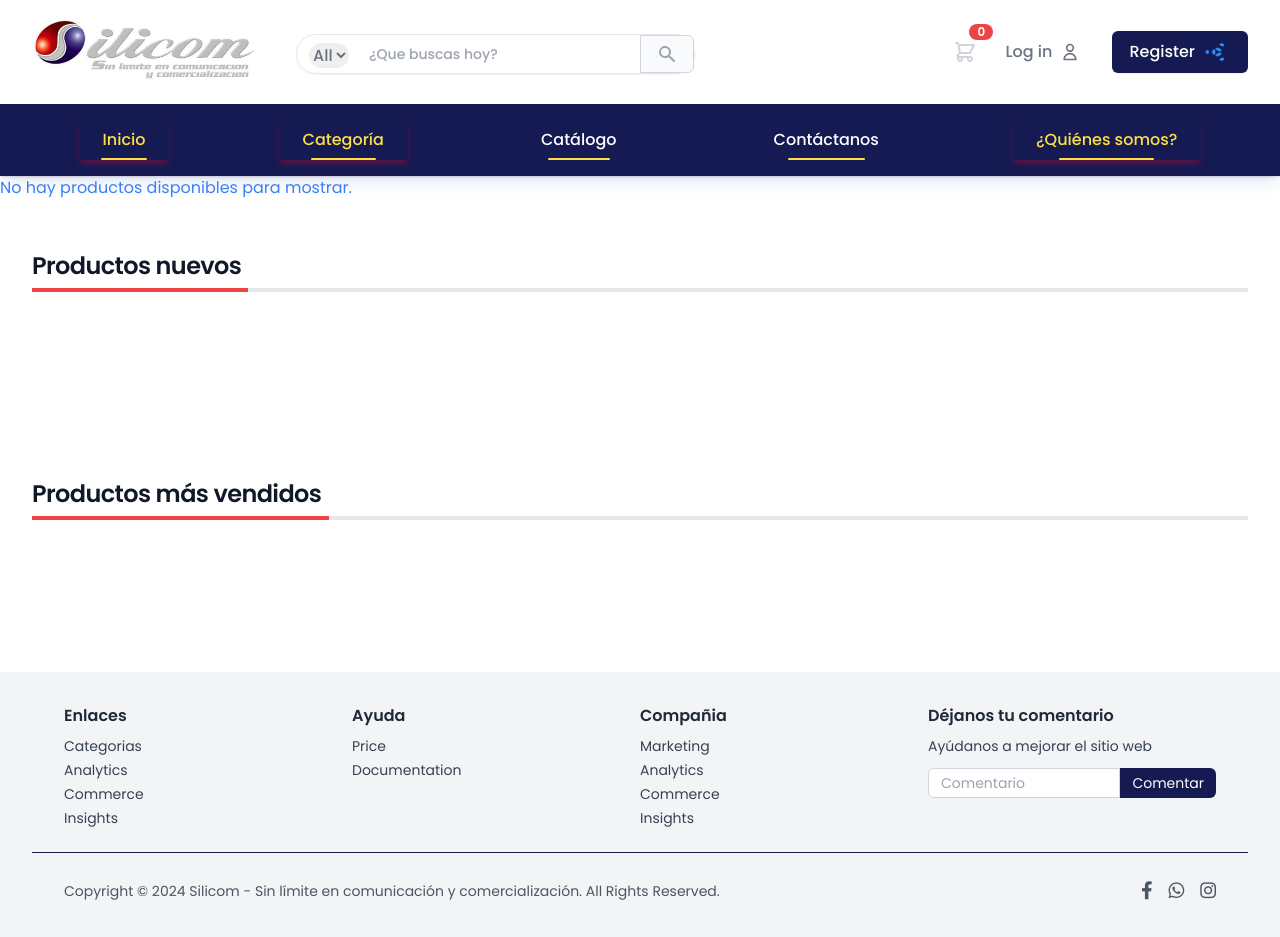
Repository: Francovg18/ecommerce
Page: /checkout
The author's editor kept a copy of each file at every save. The page is drawn from the files as they stood at one save, then again after the next save.
The browser window is 1280 px wide. The pictures show the whole page.
The page's requests for data from a server got no answer. The project was rebuilt for these pictures with package versions that can differ from the ones it lists, and the page was loaded fresh each time. No one was signed in, and anything a server would have sent is missing. Also part of the build but not shown: src/contenedores/errors/Error404.jsx, src/contenedores/auth/Signup.js, src/contenedores/auth/Login.js, src/contenedores/auth/Activate.js, src/contenedores/auth/ResetPassword.js, src/contenedores/auth/ResetPasswordConfirm.js, src/componentes/product/ProductCard.js, src/helpers/fixedPrices.js and 22 more.

Above is the page before, as saved 2025-01-18 00:15:11.

### public/index.html
<!DOCTYPE html>
<html lang="en">
  <head>
    <meta charset="utf-8" />
    <link rel="icon" href="%PUBLIC_URL%/favicon.ico" />
    <meta name="viewport" content="width=device-width, initial-scale=1" />
    <meta name="theme-color" content="#000000" />
    <meta name="description" content="Web site created using create-react-app" />
    <link rel="apple-touch-icon" href="%PUBLIC_URL%/logo192.png" />
    <link href="https://fonts.googleapis.com/css2?family=Poppins:wght@400;500;600&display=swap" rel="stylesheet">
    <link
  rel="stylesheet"
  href="https://cdnjs.cloudflare.com/ajax/libs/font-awesome/6.0.0-beta3/css/all.min.css"
/>

    <!--
      manifest.json provides metadata used when your web app is installed on a
      user's mobile device or desktop. See https://developers.google.com/web/fundamentals/web-app-manifest/
    -->
    <link rel="manifest" href="%PUBLIC_URL%/manifest.json" />
    <!--
      Notice the use of %PUBLIC_URL% in the tags above.
      It will be replaced with the URL of the `public` folder during the build.
      Only files inside the `public` folder can be referenced from the HTML.

      Unlike "/favicon.ico" or "favicon.ico", "%PUBLIC_URL%/favicon.ico" will
      work correctly both with client-side routing and a non-root public URL.
      Learn how to configure a non-root public URL by running `npm run build`.
    -->
    <title>React App</title>
  </head>
  <body>
    <noscript>You need to enable JavaScript to run this app.</noscript>
    <div id="root"></div>
    <!--
      This HTML file is a template.
      If you open it directly in the browser, you will see an empty page.

      You can add webfonts, meta tags, or analytics to this file.
      The build step will place the bundled scripts into the <body> tag.

      To begin the development, run `npm start` or `yarn start`.
      To create a production bundle, use `npm run build` or `yarn build`.
    -->
  </body>
</html>

### src/contenedores/Home.jsx
import Layout from "../hocs/Layout";
import { connect } from "react-redux";
import {
    get_products_by_arrival,
    get_products_by_sold,
    get_products_for_showcase // Nueva acción
} from '../redux/actions/products';
import { useEffect } from "react";
import Banner from "../componentes/home/Banner";
import ProductsArrival from "../componentes/home/ProductsArrival";
import ProductsSold from "../componentes/home/ProductsSold";

const Home = ({
    get_products_by_arrival,
    get_products_by_sold,
    get_products_for_showcase,
    products_arrival,
    products_sold,
    products_showcase
}) => {

    useEffect(() => {
        window.scrollTo(0, 0);

        get_products_by_arrival();
        get_products_by_sold();
        get_products_for_showcase();
    }, []);

    return (
        <Layout>
            <div className="text-blue-500">
                <Banner data={products_showcase} />
                <ProductsArrival data={products_arrival} />
                <ProductsSold data={products_sold} />
            </div>
        </Layout>
    );
};

const mapStateToProps = state => ({
    products_arrival: state.Products.products_arrival,
    products_sold: state.Products.products_sold,
    products_showcase: state.Products.products_showcase
});

export default connect(mapStateToProps, {
    get_products_by_arrival,
    get_products_by_sold,
    get_products_for_showcase
})(Home);

### src/componentes/navegacion/Navbar.js
import { Fragment, useEffect, useState } from 'react'
import { Menu, Popover, Transition } from '@headlessui/react'
import logoGif from '../../assets/img/gif4.webp'
import logo from '../../assets/img/logoP.jpg'
import { Link, Navigate, NavLink } from 'react-router-dom'
import Alert from '../../componentes/alert'
import logoMini from '../../assets/img/logoMini.jpg'
import { MenuIcon, XIcon, ShoppingCartIcon, UserIcon } from '@heroicons/react/outline'
import { connect } from 'react-redux'
import { logout } from '../../redux/actions/auth'
import { get_categories } from '../../redux/actions/categories'
import { get_search_products } from '../../redux/actions/products'
import SearchBox from './SearchBox'

function classNames(...classes) {
  return classes.filter(Boolean).join(' ')
}

function Navbar({
  isAuthenticated,
  user,
  logout,
  get_categories,
  categories,
  get_search_products,
  total_items
}) {

  const [redirect, setRedirect] = useState(false);
  const [render, setRender] = useState(false);
  const [formData, setFormData] = useState({
    category_id: 0,
    search: ''
  });
  const { category_id, search } = formData;
  useEffect(()=>{
    get_categories()
  }, [])

  const onChange = e => setFormData({ ...formData, [e.target.name]: e.target.value });
  const onSubmit = e => {
    e.preventDefault();
    get_search_products(search, category_id);
    setRender(!render);
  }

  if(render){
    return <Navigate to='/search' />
  }

  const logoutHandler = () => {
    logout()
    setRedirect(true);
  }

  if(redirect){
    window.location.reload(false);
    return <Navigate to='/' />
  }

  const authLinks = (
    <Menu as="div" className="relative inline-block text-left">
      <div>
        <Menu.Button className="inline-flex justify-center w-full rounded-full  text-sm font-medium text-gray-700 focus:outline-none focus:ring-2 focus:ring-offset-2 focus:ring-offset-gray-100 focus:ring-indigo-500 ml-3">
          <span className="inline-block h-10 w-10 rounded-full overflow-hidden bg-gray-100">
            <svg className="h-full w-full text-gray-300" fill="currentColor" viewBox="0 0 24 24">
              <path d="M24 20.993V24H0v-2.996A14.977 14.977 0 0112.004 15c4.904 0 9.26 2.354 11.996 5.993zM16.002 8.999a4 4 0 11-8 0 4 4 0 018 0z" />
            </svg>
          </span>
        </Menu.Button>
      </div>

      <Transition
        as={Fragment}
        enter="transition ease-out duration-100"
        enterFrom="transform opacity-0 scale-95"
        enterTo="transform opacity-100 scale-100"
        leave="transition ease-in duration-75"
        leaveFrom="transform opacity-100 scale-100"
        leaveTo="transform opacity-0 scale-95"
      >
        <Menu.Items className="origin-top-right absolute right-0 mt-2 w-56 rounded-md shadow-lg bg-white ring-1 ring-black ring-opacity-5 focus:outline-none">
          <div className="py-1">
            <Menu.Item>
              {({ active }) => (
                <Link
                  to="/dashboard"
                  className={classNames(
                    active ? 'bg-gray-100 text-gray-900' : 'text-gray-700',
                    'block px-4 py-2 text-sm'
                  )}
                >
                  Info
                </Link>
              )}
            </Menu.Item>


            <form method="POST" action="#">
              <Menu.Item>
                {({ active }) => (
                  <button
                    onClick={logoutHandler}
                    className={classNames(
                      active ? 'bg-gray-100 text-gray-900' : 'text-gray-700',
                      'block w-full text-left px-4 py-2 text-sm'
                    )}
                  >
                    Salir
                  </button>
                )}
              </Menu.Item>
            </form>
          </div>
        </Menu.Items>
      </Transition>
    </Menu>
  )
  const guestLinks = (
    <Fragment>
    <div className="hidden md:flex items-center md:ml-7">
    <Link to="/login" className="text-base font-medium text-gray-500 hover:text-gray-900 flex items-center">
      Log in
      <UserIcon className="h-5 w-5 ml-2" aria-hidden="true" />
    </Link>
      <Link
        to="/signup"
        className="ml-8 inline-flex items-center justify-center px-4 py-2 border border-transparent rounded-md shadow-sm text-base font-medium text-white bg-midnight-blue hover:bg-purple-night"
      >
        Register
        <img
          src={logoGif}
          alt="Cargando"
          className="w-7 h-6 mt-0.3 ml-2"
        />
      </Link>
    </div>

    </Fragment>
  )
  return (
    <>
    <Popover className="relative bg-white ">
      <div className="absolute inset-0 shadow z-30 pointer-events-none " aria-hidden="true" />
      <div className="relative z-20">
        <div className="max-w-7xl mx-auto flex justify-between items-center px-4 py-5 sm:px-6 sm:py-3 lg:px-8 md:justify-start md:space-x-10">
          <div>
          <Link to="/" className="flex">
            <img
              className="h-auto w-32 sm:w-40 md:w-48 lg:w-56"
              src={logo}
              alt="Logo"
            />
          </Link>

          </div>
          {/* Contenedor para pantallas pequeñas */}
          <div className="-mr-2 -my-2 md:hidden">
          <div className="">
            {window.location.pathname === '/search' ? null : (
              <SearchBox
                search={search}
                onChange={onChange}
                onSubmit={onSubmit}
                categories={categories}
              />
            )}
          </div>
          <Link to='/cart' className="bg-white rounded-md p-2 inline-flex items-center justify-center text-gray-400 hover:text-gray-500 hover:bg-gray-100 focus:outline-none focus:ring-2 focus:ring-inset focus:ring-indigo-500">
              <span className="sr-only">Open menu</span>
              <ShoppingCartIcon className="h-6 w-6" aria-hidden="true" />
          </Link>

            <Popover.Button className="bg-white rounded-md p-2 inline-flex items-center justify-center text-gray-400 hover:text-gray-500 hover:bg-gray-100 focus:outline-none focus:ring-2 focus:ring-inset focus:ring-indigo-500">
              <span className="sr-only">Open menu</span>
              <MenuIcon className="h-6 w-6" aria-hidden="true" />
            </Popover.Button>
          </div>
    {/* Contenedor para pantallas medianas o grandes */}
    <div className="hidden md:flex-1 md:flex md:items-center md:justify-between">
      <Popover.Group as="nav" className="flex space-x-10">
        {window.location.pathname === '/search' ? null : (
          <div className="flex flex-1 justify-center">
            <SearchBox
              search={search}
              onChange={onChange}
              onSubmit={onSubmit}
              categories={categories}
            />
          </div>
        )}
      </Popover.Group>
      <div className="flex items-center md:ml-12">
        <div className="flex items-center md:ml-12">
          <Link to="/cart">
              <ShoppingCartIcon className="h-6 w-6 cursor-pointer text-gray-300 "/>
              <span className="text-xs absolute top-3 mt-3 ml-4 bg-red-500 text-white font-semibold rounded-full px-2 text-center">{total_items}</span>
          </Link>
        </div>
        {isAuthenticated ? authLinks:guestLinks}
      </div>
    </div>

      </div>
      <div className="hidden md:flex bg-midnight-blue text-white py-4 px-6 justify-around items-center shadow-lg shadow-blue-800/10">
  {[
    { to: "/", label: "Inicio" },
    { to: "/", label: "Categoría" },
    { to: "/shop", label: "Catálogo" },
    { to: "/contactus", label: "Contáctanos" },
    { to: "/", label: "¿Quiénes somos?" },
  ].map((item, index) => (
    <NavLink
      key={index}
      to={item.to}
      className={({ isActive }) =>
        `relative text-base font-medium transition-all duration-300 ease-in-out px-6 py-2 group
         ${isActive ? "bg-midnight-blue shadow-md shadow-royal-purple/100 text-yellow-300" : "hover:bg-purple-night/70 hover:text-crimson-red"}`
      }
    >
      <span>{item.label}</span>
      <span
        className="absolute bottom-0 left-1/4 w-1/2 h-[2px] bg-yellow-300 rounded-full
                   transition-all duration-300 ease-in-out group-hover:w-3/4"
      ></span>
    </NavLink>
  ))}
</div>



      </div>

      <Transition
        as={Fragment}
        enter="duration-200 ease-out"
        enterFrom="opacity-0 scale-95"
        enterTo="opacity-100 scale-100"
        leave="duration-100 ease-in"
        leaveFrom="opacity-100 scale-100"
        leaveTo="opacity-0 scale-95"
      >
        <Popover.Panel
          focus
          className="absolute z-30 top-0 inset-x-0 p-2 transition transform origin-top-right md:hidden"
        >
          <div className="rounded-lg shadow-lg ring-1 ring-black ring-opacity-5 bg-midnight-blue text-white divide-y-2 divide-gray-50">
            <div className="pt-5 pb-6 px-5 sm:pb-8">
              <div className="flex items-center justify-between">
                <div>
                  <img className="h-8 w-auto" src={logoMini} alt="Workflow" />
                </div>
                <div className="-mr-2">
                  <Popover.Button className="bg-midnight-blue rounded-md p-2 inline-flex items-center justify-center text-gray-400 hover:text-gray-300 focus:outline-none focus:ring-2 focus:ring-inset focus:ring-purple-night">
                    <span className="sr-only">Cerrar menú</span>
                    <XIcon className="h-6 w-6" aria-hidden="true" />
                  </Popover.Button>
                </div>
              </div>
              <div className="mt-6 sm:mt-8">
                <nav>
                  <div className="grid gap-7 sm:grid-cols-2 sm:gap-y-8 sm:gap-x-4">
                    <NavLink
                      to="/"
                      className="-m-3 flex items-center p-3 rounded-lg hover:bg-midnight-blue"
                    >
                      <div className="ml-4 text-base font-medium text-white">
                        Inicio
                      </div>
                    </NavLink>
                    <NavLink
                      to="/shop"
                      className="-m-3 flex items-center p-3 rounded-lg hover:bg-midnight-blue"
                    >
                      <div className="ml-4 text-base font-medium text-white">
                        Categoria
                      </div>
                    </NavLink>
                    <NavLink
                      to="/shop"
                      className="-m-3 flex items-center p-3 rounded-lg hover:bg-midnight-blue"
                    >
                      <div className="ml-4 text-base font-medium text-white">
                        Catálogo
                      </div>
                    </NavLink>

                    <NavLink
                      to="/"
                      className="-m-3 flex items-center p-3 rounded-lg hover:bg-midnight-blue"
                    >
                      <div className="ml-4 text-base font-medium text-white">
                        Contáctanos
                      </div>
                    </NavLink>

                    <NavLink
                      to="/"
                      className="-m-3 flex items-center p-3 rounded-lg hover:bg-midnight-blue"
                    >
                      <div className="ml-4 text-base font-medium text-white">
                        ¿Quiénes somos?
                      </div>
                    </NavLink>
                  </div>
                </nav>
              </div>
            </div>
            <div className="py-6 px-5 bg-gray-50">
              <div className="grid grid-cols-2 gap-4 bg-gray-50">
                <Link
                  to="/login"
                  className="text-sm font-medium text-midnight-blue hover:text-purple-night hover:underline text-center"
                >
                  Login
                </Link>
                <Link
                  to="/signup"
                  className="text-sm font-medium text-midnight-blue hover:text-purple-night hover:underline text-center"
                >
                  Registrarse
                </Link>
              </div>
            </div>
          </div>
        </Popover.Panel>
      </Transition>
    </Popover>
    <Alert/>
    </>
  )
}
const mapStateToProps = state =>  ({
  isAuthenticated: state.Auth.isAuthenticated,
  user: state.Auth.user,
  categories: state.Categories.categories,
  total_items: state.Cart.total_items
})
export default connect(mapStateToProps, {
  logout,
  get_categories,
  get_search_products
}) (Navbar)

Loaded but not shown: src/style/index.css (common file); src/redux/actions/cart.js (399 lines, source omitted); src/redux/actions/auth.js (387 lines, source omitted); src/redux/actions/types.js (132 lines, source omitted); src/redux/actions/products.js (256 lines, source omitted); src/componentes/home/Banner.js (120 lines, source omitted); src/redux/reducers/cart.js (158 lines, source omitted); src/redux/actions/payment.js (143 lines, source omitted); src/redux/reducers/products.js (118 lines, source omitted); src/componentes/home/ProductsArrival.js (97 lines, source omitted); src/componentes/navegacion/Footer.js (83 lines, source omitted); src/componentes/home/ProductsSold.js (87 lines, source omitted); src/redux/reducers/auth.js (113 lines, source omitted); src/App.js (64 lines, source omitted); src/redux/actions/profile.js (91 lines, source omitted); src/redux/reducers/payment.js (89 lines, source omitted); src/componentes/navegacion/SearchBox.js (61 lines, source omitted); src/redux/reducers/reviews.js (90 lines, source omitted); src/redux/reducers/wishlist.js (67 lines, source omitted); tailwind.config.js (49 lines, source omitted); src/redux/actions/coupons.js (43 lines, source omitted); src/hocs/Layout.js (50 lines, source omitted); src/componentes/alert.js (40 lines, source omitted); src/redux/reducers/orders.js (41 lines, source omitted); src/redux/reducers/profile.js (37 lines, source omitted); src/redux/actions/shipping.js (32 lines, source omitted); src/redux/actions/categories.js (33 lines, source omitted); src/redux/reducers/index.js (27 lines, source omitted); src/redux/reducers/shipping.js (27 lines, source omitted); src/redux/reducers/categories.js (27 lines, source omitted); src/redux/reducers/coupons.js (28 lines, source omitted); src/redux/reducers/alert.js (27 lines, source omitted); src/store.js (14 lines, source omitted); src/helpers/fixedCountries.js (29 lines, source omitted); src/redux/actions/alert.js (12 lines, source omitted); src/index.js (11 lines, source omitted); src/contenedores/pages/Checkout.jsx (335 lines, source omitted)

After the next save:
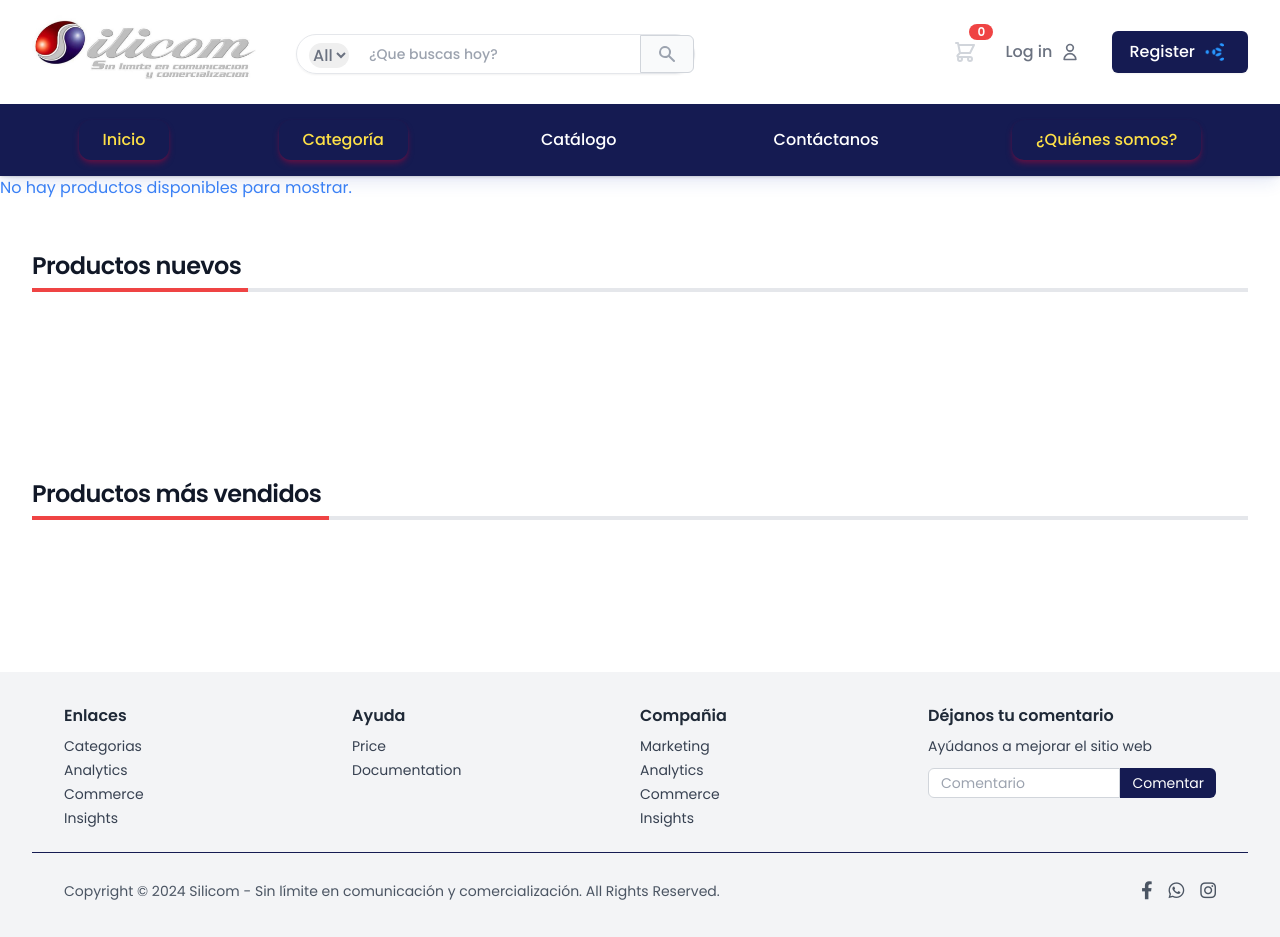
Saved 15 s later.
--- a/src/componentes/navegacion/Navbar.js
+++ b/src/componentes/navegacion/Navbar.js
@@ -203,30 +203,47 @@ function Navbar({
 
       </div>
       <div className="hidden md:flex bg-midnight-blue text-white py-4 px-6 justify-around items-center shadow-lg shadow-blue-800/10">
-  {[
-    { to: "/", label: "Inicio" },
-    { to: "/", label: "Categoría" },
-    { to: "/shop", label: "Catálogo" },
-    { to: "/contactus", label: "Contáctanos" },
-    { to: "/", label: "¿Quiénes somos?" },
-  ].map((item, index) => (
-    <NavLink
-      key={index}
-      to={item.to}
-      className={({ isActive }) =>
-        `relative text-base font-medium transition-all duration-300 ease-in-out px-6 py-2 group
-         ${isActive ? "bg-midnight-blue shadow-md shadow-royal-purple/100 text-yellow-300" : "hover:bg-purple-night/70 hover:text-crimson-red"}`
-      }
-    >
-      <span>{item.label}</span>
-      <span
-        className="absolute bottom-0 left-1/4 w-1/2 h-[2px] bg-yellow-300 rounded-full
-                   transition-all duration-300 ease-in-out group-hover:w-3/4"
-      ></span>
-    </NavLink>
-  ))}
-</div>
-
+      {[
+        { to: "/", label: "Inicio" },
+        { to: "/", label: "Categoría" },
+        { to: "/shop", label: "Catálogo" },
+        { to: "/contactus", label: "Contáctanos" },
+        { to: "/", label: "¿Quiénes somos?" },
+      ].map((item, index) => (
+        <NavLink
+          key={index}
+          to={item.to}
+          className={({ isActive }) =>
+            `relative text-base font-medium transition-all duration-300 ease-in-out px-6 py-2
+            rounded-xl group ${isActive ? "bg-midnight-blue shadow-md shadow-royal-purple/100 text-yellow-300" : "hover:bg-purple-night/70 hover:text-crimson-red"}`
+          }
+        >
+          <span className="absolute inset-y-0 left-0 flex items-center -translate-x-4 opacity-0 transition-all duration-300 group-hover:translate-x-0 group-hover:opacity-100">
+            <svg
+              xmlns="http://www.w3.org/2000/svg"
+              className="w-4 h-4 text-yellow-300"
+              fill="none"
+              viewBox="0 0 24 24"
+              stroke="currentColor"
+            >
+              <path strokeLinecap="round" strokeLinejoin="round" strokeWidth="2" d="M15 19l-7-7 7-7" />
+            </svg>
+          </span>
+          <span>{item.label}</span>
+          <span className="absolute inset-y-0 right-0 flex items-center translate-x-4 opacity-0 transition-all duration-300 group-hover:translate-x-0 group-hover:opacity-100">
+            <svg
+              xmlns="http://www.w3.org/2000/svg"
+              className="w-4 h-4 text-yellow-300"
+              fill="none"
+              viewBox="0 0 24 24"
+              stroke="currentColor"
+            >
+              <path strokeLinecap="round" strokeLinejoin="round" strokeWidth="2" d="M9 5l7 7-7 7" />
+            </svg>
+          </span>
+        </NavLink>
+      ))}
+    </div>
 
 
       </div>
